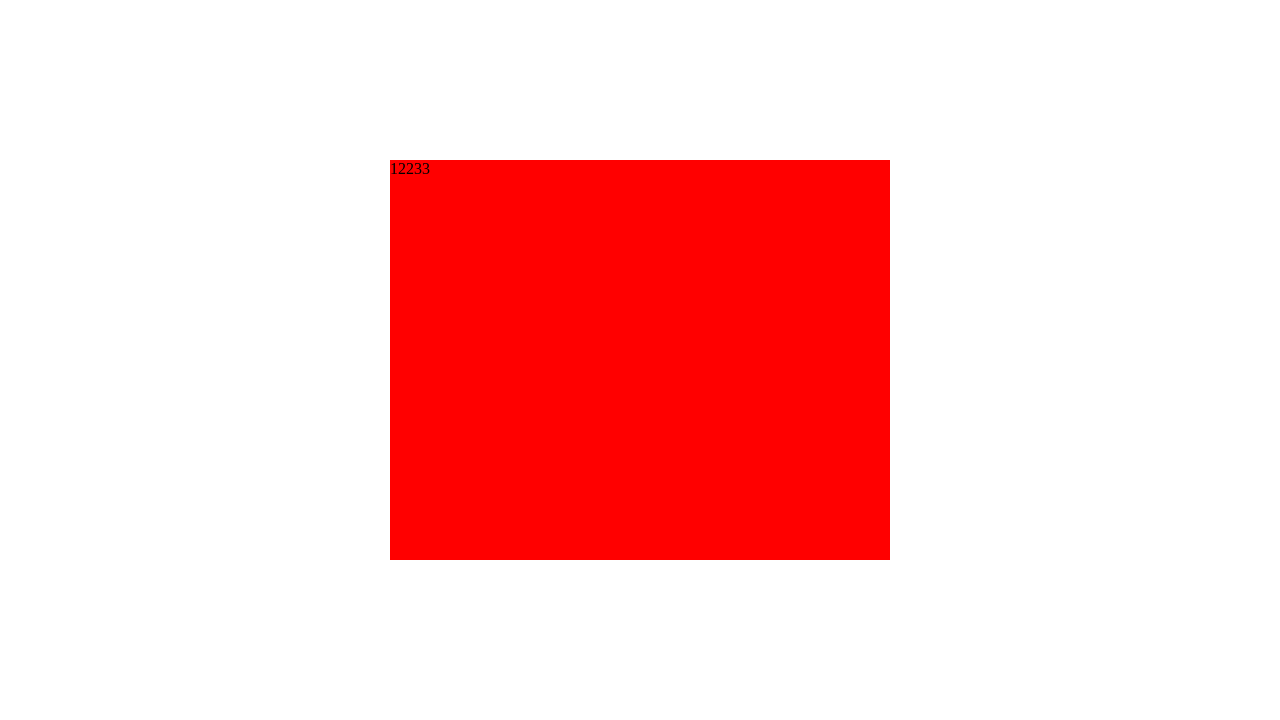
Repository: jinggegeZ/livechat
Page: /login
The author's editor kept a copy of each file at every save. The page is drawn from the files as they stood at one save, then again after the next save.
The browser window is 1280 px wide. The pictures show the whole page.
The project was rebuilt for these pictures with package versions that can differ from the ones it lists, and the page was loaded fresh each time. Also part of the build but not shown: src/views/Home.vue.

Above is the page before, as saved 2020-08-17 15:01:26.

### src/main.js
import Vue from 'vue'
import App from './App.vue'
import router from './router'
import store from './store'
import ElementUI from 'element-ui';
import 'element-ui/lib/theme-chalk/index.css';

Vue.config.productionTip = false
Vue.use(ElementUI);
new Vue({
  router,
  store,
  render: h => h(App)

}).$mount('#app')

### src/App.vue
<template>
  <div id="app">

    <router-view/>
  </div>
</template>

<style lang="scss">
@import'../src/style/commoent'

</style>

### src/router/index.js
import Vue from 'vue'
import VueRouter from 'vue-router'
import Home from '../views/Home.vue'

Vue.use(VueRouter)

  const routes = [
  {
    path: '/',
    name: 'Home',
    component: Home
  },
  {
    path: '/login',
    name: 'login',
    component: () => import('../views/login.vue')
  }
]

const router = new VueRouter({
  mode: 'history',
  base: process.env.BASE_URL,
  routes
})

export default router

### src/style/commoent.css
*{
    margin: 0;
    padding: 0;
  }
  html {
    width: 100%;
    height: 100%;
  }
  #app {
    width: 100%;
    height: 100%;
  }
  body {
    width: 100%;
    height: 100%;
  }

### src/views/login.vue
<template>
 <div class="content">
    <div class="content-c">
          <div class="loginbox">
          12233
          </div>
    </div>
 </div>
</template>

<script>
 export default {
   name: '',
   props: {
   },
   components: {

   },
   data () {
     return {

     }
   },
   methods: {

   },
   mounted() {

   },
   watch: {

   },
   computed: {

   }
 }
</script>

<style scoped>
.content {
  width: 100%;
  height: 100%;
  display: flex;
  justify-content: center;
  align-items: center;

}
.content-c {
  width: 100%;
  display: flex;
  justify-content: center;
  align-items: center;
}
.loginbox {
  width: 500px;
  height: 400px;
  background: red;
}
</style>

Loaded but not shown: public/index.html (common file); src/store/index.js (common file)

After the next save:
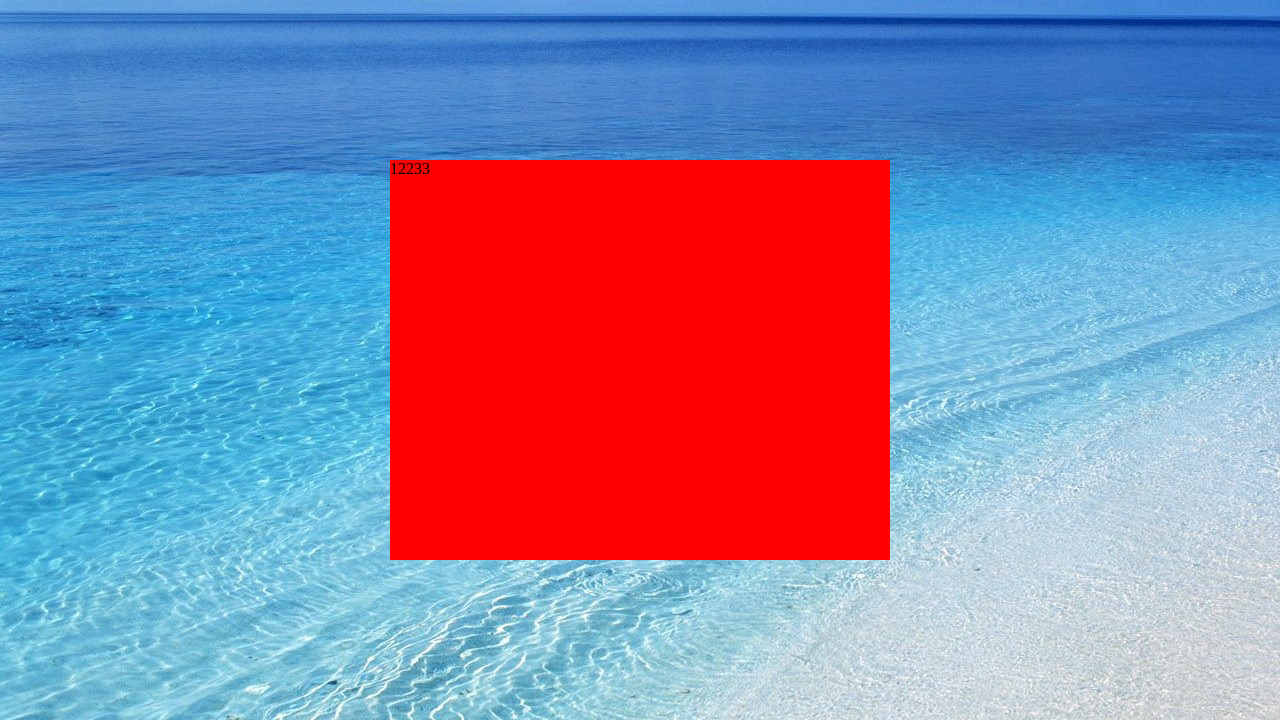
Saved 80 s later.
--- a/src/views/login.vue
+++ b/src/views/login.vue
@@ -43,7 +43,7 @@
   display: flex;
   justify-content: center;
   align-items: center;
-
+  background: url('../../public/image/02a28d595dea30839eeaa0fdd15dfce2.jpg') no-repeat;
 }
 .content-c {
   width: 100%;
